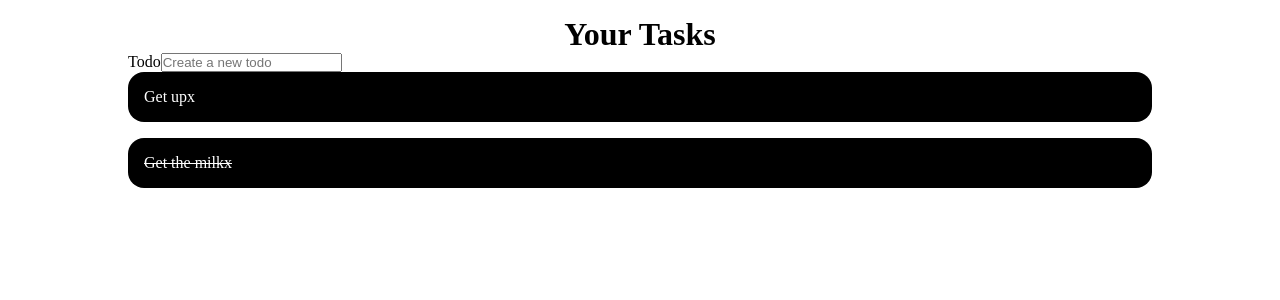
Repository: Heeeeeppo/todo-list
Page: / (app in frontend/)
The author's editor kept a copy of each file at every save. The page is drawn from the files as they stood at one save, then again after the next save.
The browser window is 1280 px wide. The pictures show the whole page.
The project was rebuilt for these pictures with package versions that can differ from the ones it lists, and the page was loaded fresh each time.

Above is the page before, as saved 2023-11-07 19:33:13.

After the next save:
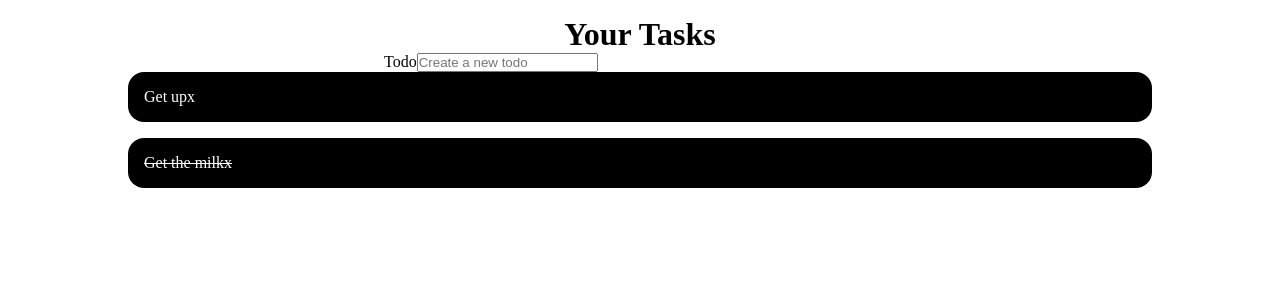
Saved 6 s later.
--- a/frontend/src/index.css
+++ b/frontend/src/index.css
@@ -14,7 +14,7 @@ h1 {
 }
 
 .inputField{
-  width: 50;
+  width: 50%;
   margin: auto;
 }
 
